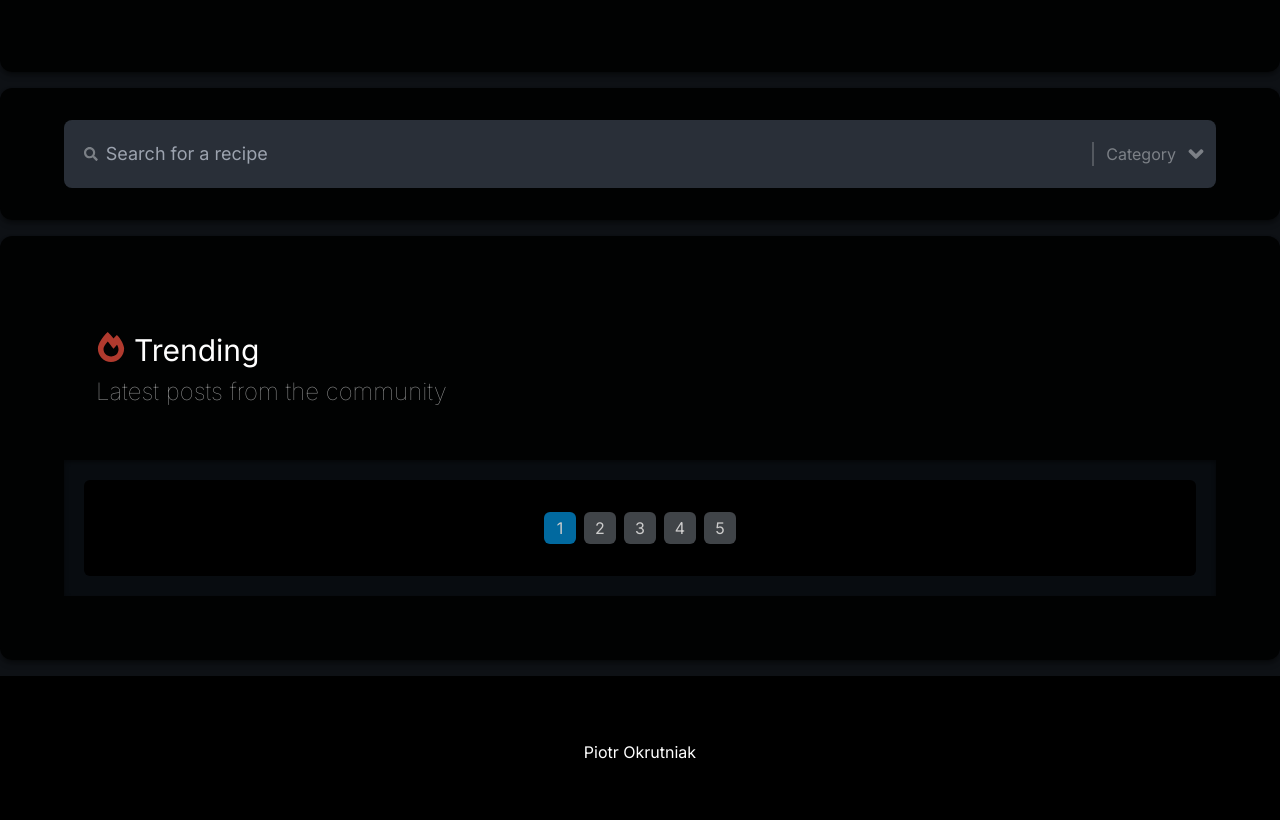
Repository: piotrokrutniak/recipefy
Page: /
The author's editor kept a copy of each file at every save. The page is drawn from the files as they stood at one save, then again after the next save.
The browser window is 1280 px wide. The pictures show the part of the page from y = 568 to 1388 px (the page is 1388 px tall before and 1356 px after).
The page's requests for data from a server got no answer. The project was rebuilt for these pictures with package versions that can differ from the ones it lists, and the page was loaded fresh each time. The framework's server and built-in components were replaced by stand-ins that run in the browser. No one was signed in, and anything a server would have sent is missing. Also part of the build but not shown: next.config.js, src/app/integration/jsonApi/getUser.tsx, src/app/components/posts/post.tsx.

Above is the page before, as saved 2023-10-02 02:02:39.

### src/app/layout.tsx
import './globals.css'
import type { Metadata } from 'next'
import { Inter } from 'next/font/google'
import NavBar from './components/navbar/navbar'
import Footbar from './components/footbar/footbar'

const inter = Inter({ subsets: ['latin'] })

export const metadata: Metadata = {
  title: 'Recipefy',
  description: 'Website with the tastiest recipes!',
}

export default function RootLayout({
  children,
}: {
  children: React.ReactNode
}) {
  return (
    <html lang="en">
      <body className={`${inter.className} bg-black overflow-x-hidden`}>
        <div className="bg-slate-600/20 min-h-screen pb-4">
        <NavBar/>
        {children}
        </div>
        <Footbar/>
      </body>
    </html>
  )
}

### src/app/page.tsx
import Image, { StaticImageData } from 'next/image'
import { FaMugHot, FaCookieBite, FaHamburger, FaFireAlt, FaBookmark, FaRegBookmark } from 'react-icons/fa'
import CookingSvg from './components/svgComponents/CookingSvg'
import Rating from './components/generic/rating'
import Button from './components/generic/button'

import breakfast from '../../public/media/breakfast.jpg'
import lunch from '../../public/media/lunch.jpg'
import dessert from '../../public/media/dessert.jpg'
import strawberryCake from '../../public/media/recipes/strawberryCake.jpg'
import greekMeatLoaf from '../../public/media/recipes/greekMeatLoaf.jpg'
import vanillaIceCream from '../../public/media/recipes/vanillaIceCream.jpg'
import { useState } from 'react'
import { RecipeListing } from './components/generic/recipeListing'
import { Input } from 'postcss'
import SearchBar from './components/generic/searchBar'
import PostList from './components/generic/postList'

export default function Home() {
  return (
    <main className="flex flex-col m-auto gap-4">
      <section id="header-section" className='max-w-7xl bg-black/90 m-auto w-full p-8 rounded-xl mt-4 shadow-md shadow-black/40'>
        <div className="sm:p-8 pb-14 flex justify-between">
          <h1 className="text-5xl text-white"> Browse <span className="text-vermilion-400">tastiest</span> recipes. </h1>
        </div>
        <div className='w-full overflow-x-auto'>

        <div className="relative w-fit left-0 flex gap-10 pt-3 overflow-x-auto m-auto justify-around select-none pb-10">
          <div className="w-80 h-80 shrink-0 bg-slate-700/30 rounded-lg flex cursor-pointer text-white/70 hover:bg-slate-700/50 hover:-translate-y-1 transition-all relative overflow-hidden group" >
            <h2 className="text-3xl font-semibold  self-center m-auto flex gap-2 z-10 group-hover:text-vermilion-400"> <FaMugHot/> Breakfast</h2>
            <Image src={breakfast} layout="fill" objectFit="contain" alt="Breakfast Photo" className="opacity-60 group-hover:opacity-50"/>
          </div>
          <div className="w-80 h-80 shrink-0 bg-slate-600/30 rounded-lg flex cursor-pointer text-white/70 hover:bg-slate-700/50 hover:-translate-y-1 transition-all relative overflow-hidden group" >
            <h2 className="text-3xl font-semibold self-center m-auto flex gap-2 z-10 group-hover:text-vermilion-400"> <FaHamburger/> Lunch</h2>
            <Image src={lunch} layout="fill" objectFit="contain" alt="Breakfast Photo" className="opacity-60 group-hover:opacity-50"/>
          </div>
          <div className="w-80 h-80 shrink-0 bg-slate-600/30 rounded-lg flex cursor-pointer text-white/70  hover:bg-slate-700/50 hover:-translate-y-1 transition-all relative overflow-hidden group" >
            <h2 className="text-3xl font-semibold self-center m-auto flex gap-2 z-10 group-hover:text-vermilion-400"> <FaCookieBite/> Desserts</h2>
            <Image src={dessert} layout="fill" objectFit="contain" alt="Breakfast Photo" className="opacity-60 group-hover:opacity-50"/>
          </div>
        </div>
        </div>
      </section>

      <section id="searchbar-section" className='max-w-7xl bg-black/90 px-7 m-auto w-full p-8 lg:px-16 rounded-xl shadow-md shadow-black/40 flex-col'>
        <SearchBar/>
      </section>

      <section id="top-picks-section" className='max-w-7xl bg-black/90 m-auto w-full md:p-8 rounded-xl shadow-md shadow-black/40 flex-col'>
        <div className="lg:p-8 pb-14 flex flex-col gap-5">
          <div className="p-8">
            <h1 className="text-3xl text-white flex gap-2 pb-2" > <FaFireAlt className="opacity-80 fill-vermilion-400"/> Trending</h1>
            <p className="text-2xl font-thin text-white/60 flex gap-2" > Latest posts from the community</p>
          </div>
          <div className="w-full h-fit p-5 bg-slate-800/25 flex flex-col gap-4 shadow-inner shadow-black/50">
            <PostList/>
          </div>
        </div>
      </section>
    </main>
  )
}

### src/app/globals.css
@tailwind base;
@tailwind components;
@tailwind utilities;

:root {}

@media (prefers-color-scheme: dark) {
  :root {}
}

body {}

### src/app/components/navbar/navbar.tsx
"use client"

import { FaPizzaSlice, FaBars } from "react-icons/fa"
import { BsX } from "react-icons/bs"
import Button from "../generic/button"
import { useState } from "react"
import Link from "next/link"


export default function NavBar(){
    const [showMobile, setShowMobile] = useState(false)

    return(
        <div className="bg-black/80 sticky top-0 z-20 backdrop-blur-xl">
            <div className="w-full flex bg-slate-700/50 ">
                <div className="p-3 m-auto w-full flex max-w-7xl justify-between items-center">
                    <Link href="/">
                    <div className="flex gap-1 h-fit select-none cursor-pointer active:opacity-80 hover:border-b-2 hover:pb-1 active:pb-0
                            border-opacity-0 border-vermilion-400 hover:border-opacity-100 border-b-0 transition-all">
                        <FaPizzaSlice className="h-full w-8 fill-vermilion-400"/>
                        <h1 className="text-3xl font-bold text-transparent bg-clip-text bg-gradient-to-r from-vermilion-400 to-vermilion-500">Recipefy</h1>
                    </div>
                    </Link>
                    <div className="hidden text-lg gap-4 md:flex">
                        <Button className="text-white bg-slate-200/5 active:bg-slate-100/5 hover:bg-slate-200/10" onClick={undefined}>
                            Recipes
                        </Button>
                        <Button className="text-white bg-slate-200/5 active:bg-slate-100/5 hover:bg-slate-200/10" onClick={undefined}>
                            Favorites
                        </Button>
                        <Button className="text-white bg-slate-200/5 active:bg-slate-100/5 hover:bg-slate-200/10" onClick={undefined}>
                            Ingredient Picker
                        </Button>
                    </div>
                    <div className="md:hidden">
                        <FaBars className="h-10 w-10 fill-white cursor-pointer hover:fill-vermilion-400 active:opacity-80" onClick={() => setShowMobile(true)}/>
                    </div>
                    <div className={`${showMobile ? "" : "translate-x-full"} absolute w-screen h-screen bg-black left-0 top-0 md:hidden transition-all z-50 ease-in-out`}>
                    <div id="mobile-header" className="flex flex-row-reverse w-full">
                        <BsX className="fill-white w-16 h-16 cursor-pointer hover:fill-vermilion-400" onClick={() => setShowMobile(false)}/>
                    </div>
                    <div id="mobile-body">XDDDDDDDDDDDDDDDDD</div>
                    </div>
                </div>
            </div>
        </div>
    )
}

### src/app/components/footbar/footbar.tsx
export default function Footbar(){
    return(
        <div className="w-full h-20 bg-black mt-16 text-center text-white">
            Piotr Okrutniak
        </div>
    )
}

### src/app/components/generic/searchBar.tsx
"use client"
import { Dispatch, SetStateAction, useState } from "react"
import { BsX } from "react-icons/bs"
import { FaSearch, FaAngleDown } from "react-icons/fa"

export default function SearchBar(){
    const [dropdownOpened, setDropdownOpened] = useState(false)
    const [chosenOption, setChosenOption] = useState("")

    function ToggleDropdownOpened(){
        setDropdownOpened(x => !x)
    }

    return(
        <div className="bg-slate-500/40 rounded-lg flex pl-5 gap-2 items-center focus-within:bg-slate-500/50 transition-colors ease-in">
            <FaSearch className="fill-slate-50/40"/>
            <input type="text" placeholder="Search for a recipe" className="bg-transparent p-5 pl-0 text-white w-full outline-none text-lg border-none"/>

            <div className="flex text-slate-50 cursor-pointer border-l-2 pl-3 border-white/20 relative">
                <div className="flex opacity-40 hover:opacity-60 active:opacity-40 transition-opacity" onClick={() => ToggleDropdownOpened()}>

                {chosenOption || "Category"}
                <FaAngleDown className={`${dropdownOpened ? "rotate-180" : ""} fill-slate-50 w-10 h-6 transition-all`}/>
                </div>

                <div className={`${dropdownOpened ? "block" : "hidden"} absolute top-14 right-0 h-44 w-56 bg-black rounded-lg overflow-hidden`}>
                    <div className="w-full h-full bg-slate-500/50 overflow-y-auto pt-0">
                        <DropdownOption toggleDropdownOpened={ToggleDropdownOpened} setChosenOption={setChosenOption} chosenOption={chosenOption} text="Breakfast"/>
                        <DropdownOption toggleDropdownOpened={ToggleDropdownOpened} setChosenOption={setChosenOption} chosenOption={chosenOption} text="Lunch"/>
                        <DropdownOption toggleDropdownOpened={ToggleDropdownOpened} setChosenOption={setChosenOption} chosenOption={chosenOption} text="Dessert"/>
                        <DropdownOption toggleDropdownOpened={ToggleDropdownOpened} setChosenOption={setChosenOption} chosenOption={chosenOption} text="Dinner"/>
                        <DropdownOption toggleDropdownOpened={ToggleDropdownOpened} setChosenOption={setChosenOption} chosenOption={chosenOption} text="Appetizer"/>
                        <DropdownOption toggleDropdownOpened={ToggleDropdownOpened} setChosenOption={setChosenOption} chosenOption={chosenOption} text="Pastries"/>
                    </div>
                </div>
            </div>
        </div>
    )
}

function DropdownOption({setChosenOption, toggleDropdownOpened, text, chosenOption} :
    {setChosenOption: Dispatch<SetStateAction<string>>, toggleDropdownOpened: () => void, text: string, chosenOption: string}){
    const [isChecked, setIsChecked] = useState(false)

    function UnCheck(): void{
        setChosenOption("")
        setIsChecked(false)
    }

    function Check(): void{
        setChosenOption(text)
        toggleDropdownOpened()
        setIsChecked(true)
    }

    return(
        <div className={`${chosenOption == text ? "bg-black/30 font-bold" : ""} hover:bg-slate-100/10 px-3 py-2 flex justify-between`}>
                <div className="w-full" onClick={() => Check()}>
                    {text}
                </div>
                <div className="flex">
                    {chosenOption == text ? <UncheckButton onClick={UnCheck}/> : <></>}
                </div>
        </div>
    )
}

function UncheckButton({onClick} : {onClick: () => void}){
    return(
    <BsX className="w-6 h-6 hover:fill-red-500 hover:scale-110 active:scale-100" onClick={() => onClick()}/>
    )
}

### src/app/components/generic/postList.tsx
"use client"

import GetPosts from "@/app/integration/jsonApi/getPosts"
import { Post } from "@/app/types"
import { Dispatch, SetStateAction, useEffect, useState } from "react"
import greekMeatLoaf from '../../../../public/media/breakfast.jpg'
import { PostItem } from "../posts/post"
import { count } from "console"

export default function PostList(){
    const [posts, setPosts] = useState<Post[]>([])
    const [page, setPage] = useState<number>(1)
    const [pages, setPages] = useState<number[]>([])
    useEffect(() => {
        GetPosts(page)
            .then(x => {setPosts([...x.body]);})
        setPages([...GeneratePages(page)])
    }, [page])

    return(
        <div className="text-white flex flex-col gap-5">
            {posts.map(x =>
                <PostItem
                    post={x}/>
            )}
            <div className="flex justify-center w-full bg-black p-8 rounded-md gap-2">
                <PaginationPanel page={page} setPage={setPage} pages={pages}/>
            </div>
        </div>
    )
}

function PaginationPanel({page, setPage, pages} : {
        page: number;
        setPage: Dispatch<SetStateAction<number>>;
        pages: number[]
    }){

    return(
        pages.map(x =>
            <PageButton index={x} active={page == x} setPage={setPage}/>
        )
    )
}

function PageButton({index, active, setPage} : {
    index: number;
    active: boolean;
    setPage: Dispatch<SetStateAction<number>>;
    }){

    return(
        <div className={`${active ? "bg-sky-600" : "bg-slate-300/40"} h-8 w-8 aspect-square
            flex justify-center items-center rounded-md cursor-pointer select-none
            opacity-80 hover:opacity-100 active:opacity-60`}
            onClick={() => setPage(index)}>
            {index}
        </div>
    )
}

function GeneratePages(page: number){
    let start = 1
    let pages: number[] = []



    if(page>3){
        start = page - 2
    }

    for(let i = start; i < start + 5; i++){
        //if(i >)
        pages.push(i)
    }

    return pages
}

### src/app/components/generic/button.tsx
import { MouseEventHandler } from "react";

export default function Button({ children, className, onClick, disabled } : { children: React.ReactNode, className: string, onClick: undefined | MouseEventHandler<HTMLButtonElement>, disabled?: boolean }){
    return(
        <button className={`${className} px-5 py-3 rounded-lg bg-blue-500 bg-opacity-90 active:bg-opacity-80 hover:bg-opacity-100 cursor-pointer transition-all flex items-center gap-2 place-items-center`}
            onClick={onClick}
            disabled={disabled}>
            {children}
        </button>
    )
}

### src/app/integration/jsonApi/getPosts.tsx

export default async function GetPosts(page: number = 1){
    let response = await fetch(`https://jsonplaceholder.typicode.com/posts?_page=${page}`,
                        {
                            method: 'GET',
                            mode: 'cors',
                            headers:{
                                'Content-Type': 'application/json'
                            },
                        }
    )

    let body = await response.json()
    let headers = response.headers

    return {body: body, count: headers.get("x-total-count") ?? "0"}
}

### tailwind.config.js
/** @type {import('tailwindcss').Config} */

const { capitalizeFirst } = require('./src/app/tailwind/capitalizeFirst');

module.exports = {
  content: [
    './src/pages/**/*.{js,ts,jsx,tsx,mdx}',
    './src/components/**/*.{js,ts,jsx,tsx,mdx}',
    './src/app/**/*.{js,ts,jsx,tsx,mdx}',
  ],
  theme: {
    extend: {
      backgroundImage: {
        'gradient-radial': 'radial-gradient(var(--tw-gradient-stops))',
        'gradient-conic':
          'conic-gradient(from 180deg at 50% 50%, var(--tw-gradient-stops))',
      },
      height:{
        '112': '28rem',
        '128': '32rem',
      },
      width:{
        '112': '28rem',
        '128': '32rem',
      },
      colors:{
        "emerald":{
          "50": "#b0fde8",
          "100": "#60FBD2",
          "200": "#24F9C1",
          "400": "#06EFB1",
          "500": "#06d6a0",
        },
        "paygray":{
          "50": "#CED9DE",
          "100": "#aabcc5",
          "200": "#7996A4",
          "400": "#638292",
          "500": "#5A7684",
        },
        "vermilion":{
          "50": "#f0afa8",
          "100": "#ea8f85",
          "200": "#E06052",
          "400": "#dc493a",
          "500": "#d03625",
        },

      },
      minWidth:{
        'mobile': '360px',
        '54': '258px',
      },
      screens:{
        'xs': '580px',
        '850': '850px',
      },
    },
  },
  plugins: [capitalizeFirst],
}

After the next save:
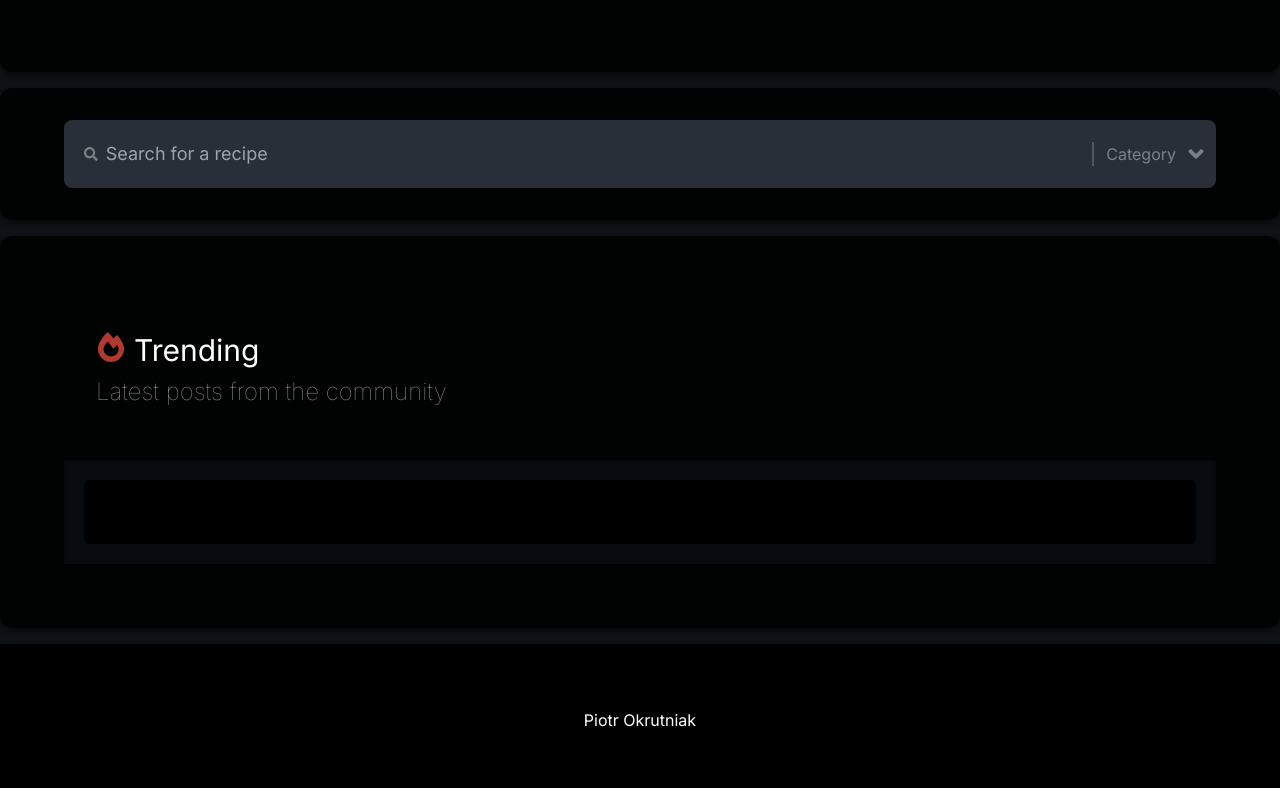
Saved 7 min 59 s later.
--- a/src/app/components/generic/postList.tsx
+++ b/src/app/components/generic/postList.tsx
@@ -11,10 +11,12 @@ export default function PostList(){
     const [posts, setPosts] = useState<Post[]>([])
     const [page, setPage] = useState<number>(1)
     const [pages, setPages] = useState<number[]>([])
+    const [count, setCount] = useState<number>(0)
     useEffect(() => {
         GetPosts(page)
-            .then(x => {setPosts([...x.body]);})
-        setPages([...GeneratePages(page)])
+            .then(x => {setPosts([...x.body]); setCount(Number.parseInt(x.count))})
+            .then(() => setPages([...GeneratePages(page, count)]))
+
     }, [page])
 
     return(
@@ -59,8 +61,9 @@ function PageButton({index, active, setPage} : {
     )
 }
 
-function GeneratePages(page: number){
+function GeneratePages(page: number, count: number){
     let start = 1
+    let end = 6
     let pages: number[] = []
 
 
@@ -70,7 +73,9 @@ function GeneratePages(page: number){
     }
 
     for(let i = start; i < start + 5; i++){
-        //if(i >)
+        if(i > count/10){
+            return pages
+        }
         pages.push(i)
     }
 
